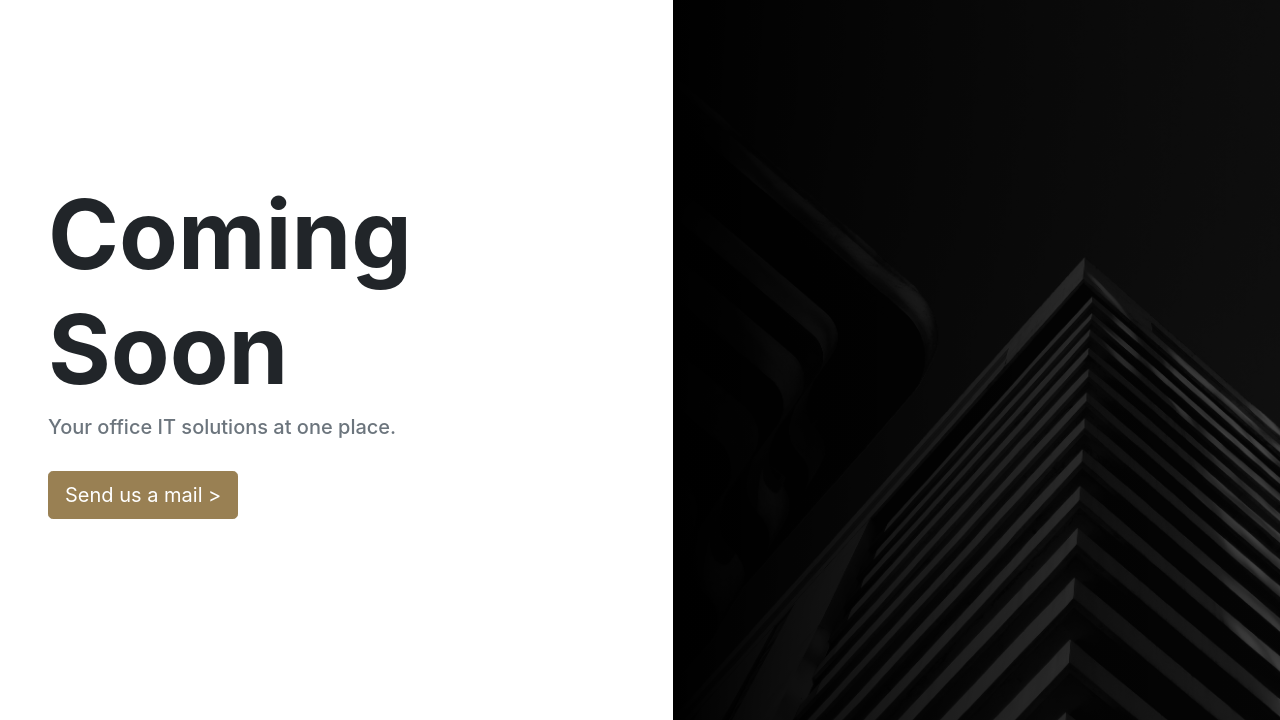
Repository: Thekxgh/website
Page: /
These files come from the project's save history. The page is drawn as it stood at one moment and after the next save; the edit follows.
The browser window is 1280 px wide. The pictures show the whole page.
The project was rebuilt for these pictures with package versions that can differ from the ones it lists, and the page was loaded fresh each time.

Above is the page before, as saved 2021-07-14 09:56:04.

### src/index.scss
$primary: #998053;
$dark: #050507;
$light-primary-bg: #DDDEE7;
$light-primary: #DDDEE7;
$theme-colors: (
    "primary": $primary,
    "info": $light-primary,
    "danger": teal,
    "dark": $dark
);

@import '~bootstrap/scss/bootstrap.scss';

.side-img{
 background: linear-gradient(to right, rgba(0, 0, 0, 2), rgba(0, 0, 0, 0.7) ), url('./assets/img/background.jpg') no-repeat;
 background-size: cover;
 min-height: 100vh;
}

### src/App.tsx
import React from 'react';
import { LandingPage } from './presentation/LandingPage';

function App() {
  return (
    <LandingPage />
  );
}

export default App;

### src/presentation/LandingPage.tsx
import { Col, Container, Row } from "react-bootstrap"

export const LandingPage = () => {
    return (
    <Container fluid>
        <Row className="min-vh-100 align-items-center">
            <Col className="p-5">
                <h1 className="display-1 font-weight-bold">Coming Soon</h1>
                <h5 className="text-muted">Your office IT solutions at one place.</h5>
                <a className="btn btn-primary btn-lg my-4" href="mailto:contact@thekxgh.com"> Send us a mail {'>'} </a>
            </Col>
            <Col className="side-img min-vh-100">

            </Col>
        </Row>
    </Container>
    );
}

Loaded but not shown: public/index.html (common file); src/index.tsx (common file)

After the next save:
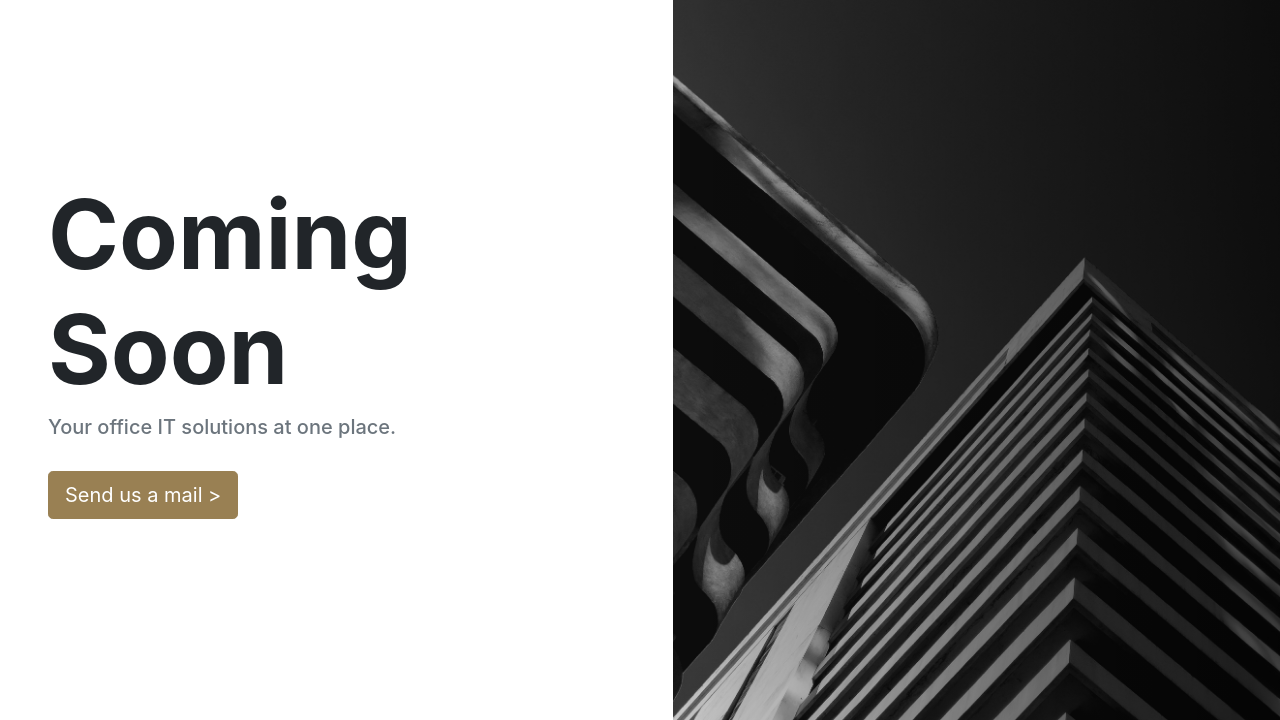
Saved 9 s later.
--- a/src/index.scss
+++ b/src/index.scss
@@ -12,7 +12,7 @@ $theme-colors: (
 @import '~bootstrap/scss/bootstrap.scss';
 
 .side-img{
- background: linear-gradient(to right, rgba(0, 0, 0, 2), rgba(0, 0, 0, 0.7) ), url('./assets/img/background.jpg') no-repeat;
+ background: linear-gradient(to right, rgba(0, 0, 0, 0.2), rgba(0, 0, 0, 0.7) ), url('./assets/img/background.jpg') no-repeat;
  background-size: cover;
  min-height: 100vh;
 }
